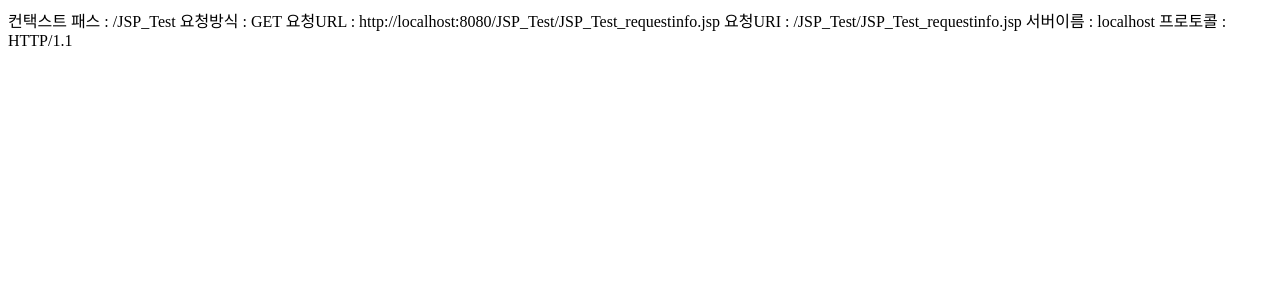
Repository: supremehappy/JSP_test02
Page: http://localhost/JSP_Test/JSP_Test_requestinfo.jsp
An editor plug-in stored every save of this project. The page is shown before and after the next save, followed by the edit.
The browser window is 1280 px wide. The pictures show the whole page.
The page is served by Tomcat 9.

Above is the page before, as saved 2017-07-14 04:42:37.

### JSP_Test/WebContent/JSP_Test_requestinfo.jsp
<%@ page language="java" contentType="text/html; charset=UTF-8"
    pageEncoding="UTF-8"%>
<!DOCTYPE html PUBLIC "-//W3C//DTD HTML 4.01 Transitional//EN" "http://www.w3.org/TR/html4/loose.dtd">
<html>
<head>
<meta http-equiv="Content-Type" content="text/html; charset=UTF-8">
<title>Insert title here</title>
</head>
<body>
컨택스트 패스 : 			<%=request.getContextPath() %>
요청방식 :					<%=request.getMethod() %>
요청URL :					<%=request.getRequestURL() %>
요청URI :					<%=request.getRequestURI() %>
서버이름 :					<%=request.getServerName() %>
프로토콜 :					<%=request.getProtocol() %>
</body>
</html>

After the next save:
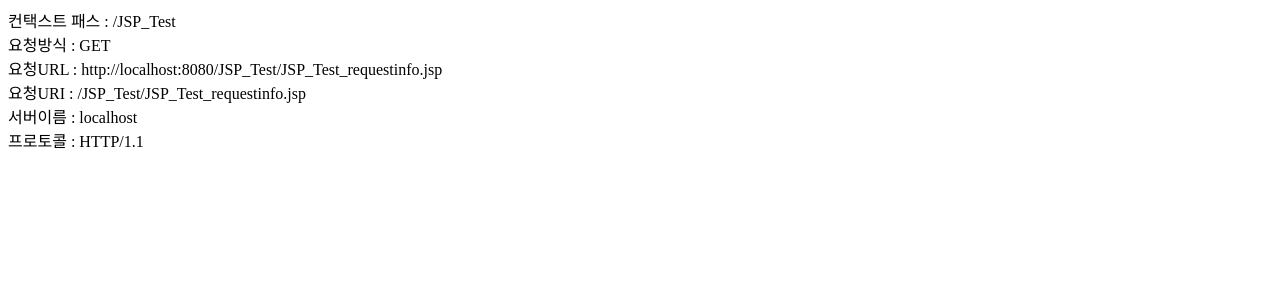
Saved 12 s later.
--- a/JSP_Test/WebContent/JSP_Test_requestinfo.jsp
+++ b/JSP_Test/WebContent/JSP_Test_requestinfo.jsp
@@ -7,11 +7,11 @@
 <title>Insert title here</title>
 </head>
 <body>
-컨택스트 패스 : 			<%=request.getContextPath() %>
-요청방식 :					<%=request.getMethod() %>
-요청URL :					<%=request.getRequestURL() %>
-요청URI :					<%=request.getRequestURI() %>
-서버이름 :					<%=request.getServerName() %>
-프로토콜 :					<%=request.getProtocol() %>
+컨택스트 패스 : 			<%=request.getContextPath() %><br>
+요청방식 :					<%=request.getMethod() %><br>
+요청URL :					<%=request.getRequestURL() %><br>
+요청URI :					<%=request.getRequestURI() %><br>
+서버이름 :					<%=request.getServerName() %><br>
+프로토콜 :					<%=request.getProtocol() %><br>
 </body>
 </html>
